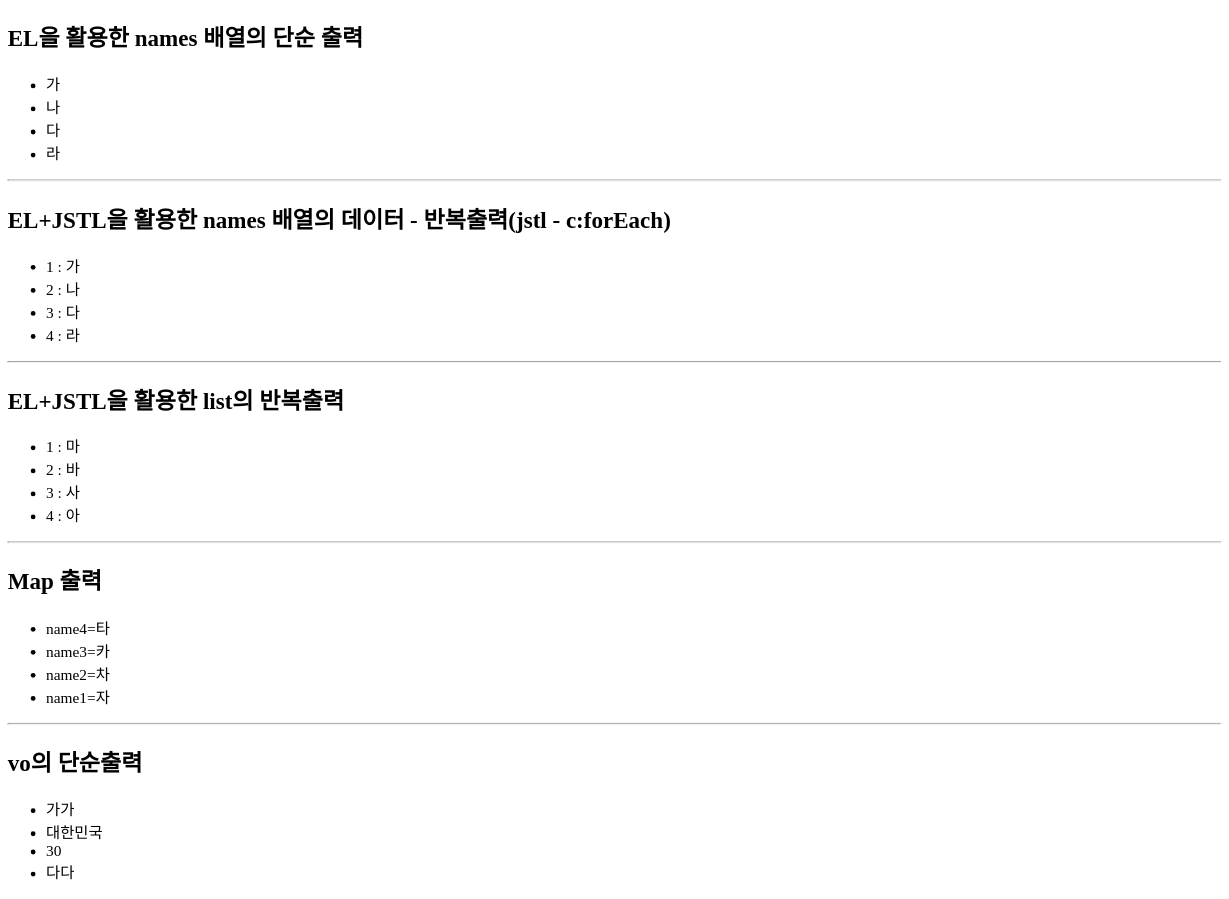
Repository: Rua1006/JSP
Page: http://localhost/practice02/GetJavaDataCtrl.do
These files come from the project's save history. The page is drawn as it stood at one moment and after the next save; the edit follows.
The browser window is 1280 px wide. The pictures show the whole page, at 96% of full size.
The page is served by Tomcat 9.

Above is the page before, as saved 2022-11-10 06:44:25.

### practice02/WebContent/06getJavaData.jsp
<%@ page language="java" contentType="text/html; charset=UTF-8"
    pageEncoding="UTF-8"%>
<%@ taglib prefix="c" uri="http://java.sun.com/jsp/jstl/core" %>
<%@ taglib prefix="fmt" uri="http://java.sun.com/jsp/jstl/fmt" %>
<%@ page import ="java.util.*" %>
<%@ page import ="java.text.*, java.net.InetAddress" %>
<%@ page import ="com.example.*" %>
<%@ include file = "common.jsp" %>
<!DOCTYPE html>
<html>
<head>
<meta charset="UTF-8">
<title>06getJavaData</title>
</head>
<body>
<h2>EL을 활용한 names 배열의 단순 출력</h2>
<ul>
	<li>${names[0] }</li>
	<li>${names[1] }</li>
	<li>${names[2] }</li>
	<li>${names[3] }</li>
</ul>
<hr>
<h2>EL+JSTL을 활용한 names 배열의 데이터 - 반복출력(jstl - c:forEach)</h2>
<ul>
	<c:forEach items="${names }" var="name" varStatus="status">
	<li>${status.count } : ${name }</li>
	</c:forEach>
</ul>
<hr>
<h2>EL+JSTL을 활용한 list의 반복출력</h2>
<ul>
	<c:forEach items="${list }" var="lst" varStatus="status">
	<li>${status.count } : ${lst }</li>
	</c:forEach>
</ul>
<hr>
<h2>Map 출력</h2>
<ul>
	<c:forEach items="${map }" var="mp">
	<li>${mp }</li>
	</c:forEach>
</ul>
<hr>
<h2>vo의 단순출력</h2>
<ul>
	<li>${vo.getName() }</li>
	<li>${vo.getCountry() }</li>
	<li>${vo.getAge() }</li>
	<li>${vo.getHobby() }</li>
</ul>
</body>
</html>

### practice02/src/com/example/GetJavaDataCtrl.java
package com.example;

import java.io.IOException;
import java.util.ArrayList;
import java.util.HashMap;

import javax.servlet.RequestDispatcher;
import javax.servlet.ServletException;
import javax.servlet.annotation.WebServlet;
import javax.servlet.http.HttpServlet;
import javax.servlet.http.HttpServletRequest;
import javax.servlet.http.HttpServletResponse;


@WebServlet("/GetJavaDataCtrl.do")
public class GetJavaDataCtrl extends HttpServlet {
	private static final long serialVersionUID = 1L;



	protected void service(HttpServletRequest request, HttpServletResponse response) throws ServletException, IOException {
		String[] names = {"가", "나", "다", "라"};

		ArrayList<String> list = new ArrayList<String>();
		list.add("마");
		list.add("바");
		list.add("사");
		list.add("아");

		HashMap<String, String> map = new HashMap<>();
		map.put("name1", "자");
		map.put("name2", "차");
		map.put("name3", "카");
		map.put("name4", "타");

		HashMap<String, String> map2 = new HashMap<>();
		map2.put("name", "파");
		map2.put("age", "100");
		map2.put("height", "200");

		Human vo = new Human();
		vo.setName("가가");
		vo.setCountry("대한민국");
		vo.setAge(30);
		vo.setHobby("다다");

		ArrayList<Human> hList = new ArrayList<Human>();
		Human human = new Human();
		human.setName("나나");
		human.setCountry("미국");
		human.setAge(100);
		human.setHobby("라라");

		Human human2 = new Human();
		human2.setName("마마");
		human2.setCountry("일본");
		human2.setAge(60);
		human2.setHobby("바바");

		Human human3 = new Human();
		human3.setName("사사");
		human3.setCountry("중국");
		human3.setAge(7);
		human3.setHobby("아아");

		request.setAttribute("names", names);
		request.setAttribute("list", list);
		request.setAttribute("map", map);
		request.setAttribute("map2", map2);
		request.setAttribute("vo", vo);
		request.setAttribute("hList", hList);

		RequestDispatcher view = request.getRequestDispatcher("06getJavaData.jsp");
		view.forward(request, response);

	}

}

### practice02/src/com/example/Human.java
package com.example;

public class Human {
	private String country;
	private String name;
	private int age;
	private String hobby;
	public String getCountry() {
		return country;
	}
	public void setCountry(String country) {
		this.country = country;
	}
	public String getName() {
		return name;
	}
	public void setName(String name) {
		this.name = name;
	}
	public int getAge() {
		return age;
	}
	public void setAge(int age) {
		this.age = age;
	}
	public String getHobby() {
		return hobby;
	}
	public void setHobby(String hobby) {
		this.hobby = hobby;
	}

}

Loaded but not shown: practice02/WebContent/common.jsp (common file)

After the next save:
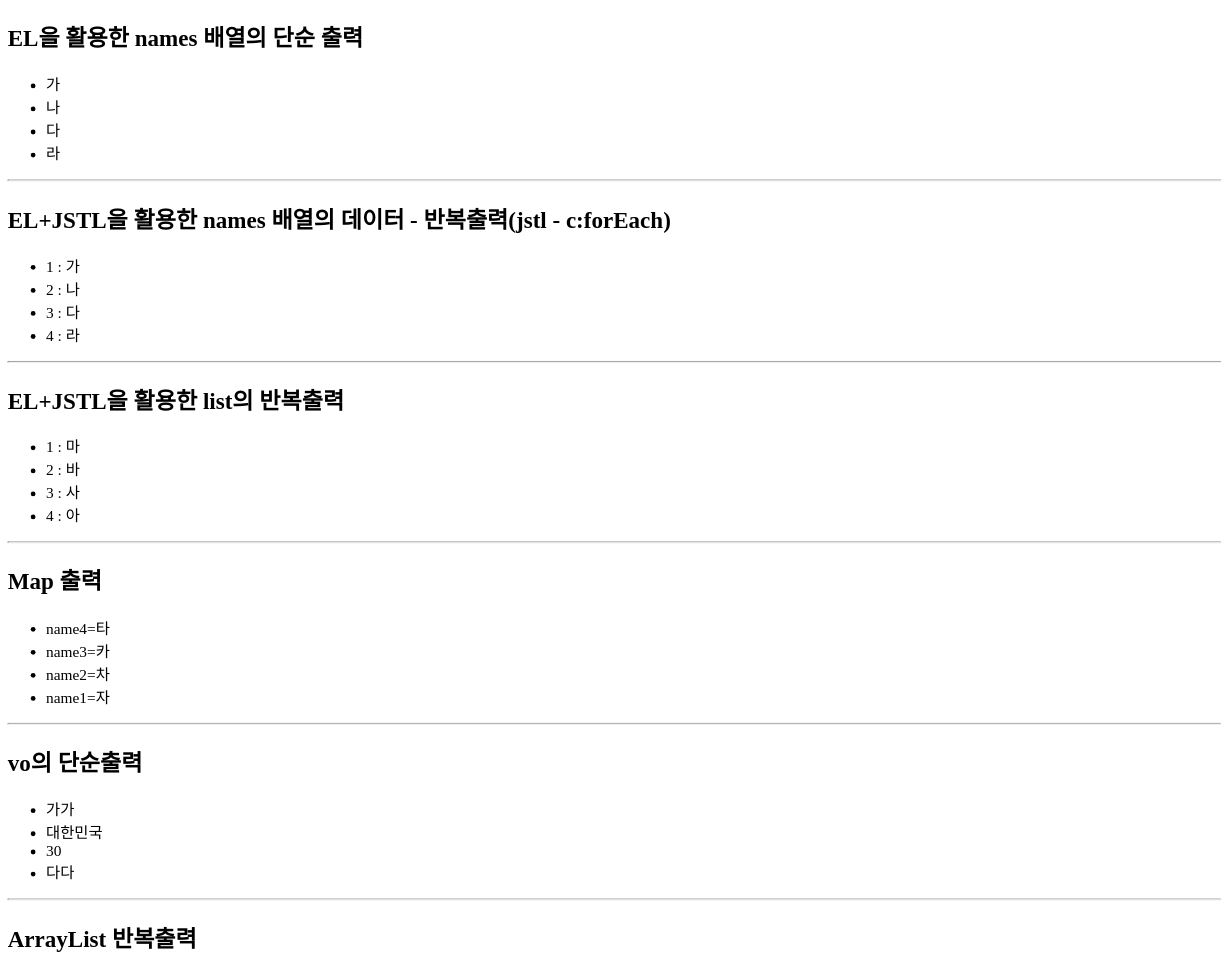
Saved 110 s later.
--- a/practice02/WebContent/06getJavaData.jsp
+++ b/practice02/WebContent/06getJavaData.jsp
@@ -49,5 +49,12 @@
 	<li>${vo.getAge() }</li>
 	<li>${vo.getHobby() }</li>
 </ul>
+<hr>
+<h2>ArrayList 반복출력</h2>
+<ul>
+	<c:forEach items="${hList }" var="hlst">
+	<li>${hList }</li>
+	</c:forEach>
+</ul>
 </body>
 </html>
